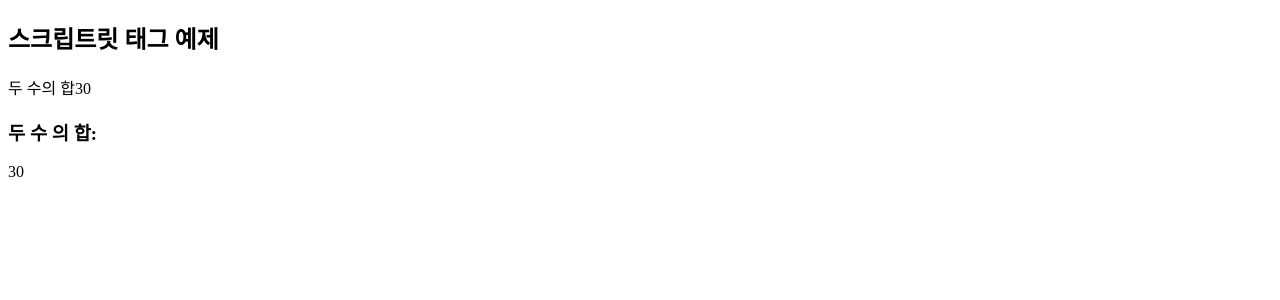
Repository: taiseidesu97/space_jspworks
Page: http://localhost/jweb0/script1.jsp
These files come from the project's save history. The page is drawn as it stood at one moment and after the next save; the edit follows.
The browser window is 1280 px wide. The pictures show the whole page.
The page is served by Tomcat 10. Other server files are loaded and not shown.

Above is the page before, as saved 2025-10-02 01:56:46.

### jweb0/src/main/webapp/script1.jsp
<%@ page language="java" contentType="text/html; charset=UTF-8"
    pageEncoding="UTF-8"%>
<!DOCTYPE html>
<html>
<head>
<meta charset="UTF-8">
<title>JSP태그 - 스크립트</title>
</head>
<body>
	<h2>스크립트릿 태그 예제</h2>
	<%
	int n1 = 10, n2 = 20;

	out.println("두 수의 합" + (n1 + n2));

	%>

	<h3>두 수 의 합:</h3><%= n1 + n2 %>
</body>
</html>

After the next save:
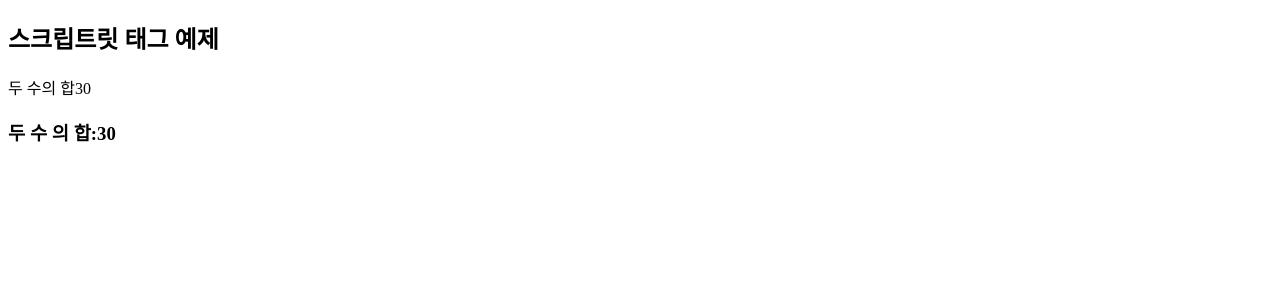
Saved 14 s later.
--- a/jweb0/src/main/webapp/script1.jsp
+++ b/jweb0/src/main/webapp/script1.jsp
@@ -15,6 +15,6 @@
 
 	%>
 
-	<h3>두 수 의 합:</h3><%= n1 + n2 %>
+	<h3>두 수 의 합:<%= n1 + n2 %></h3>
 </body>
 </html>
